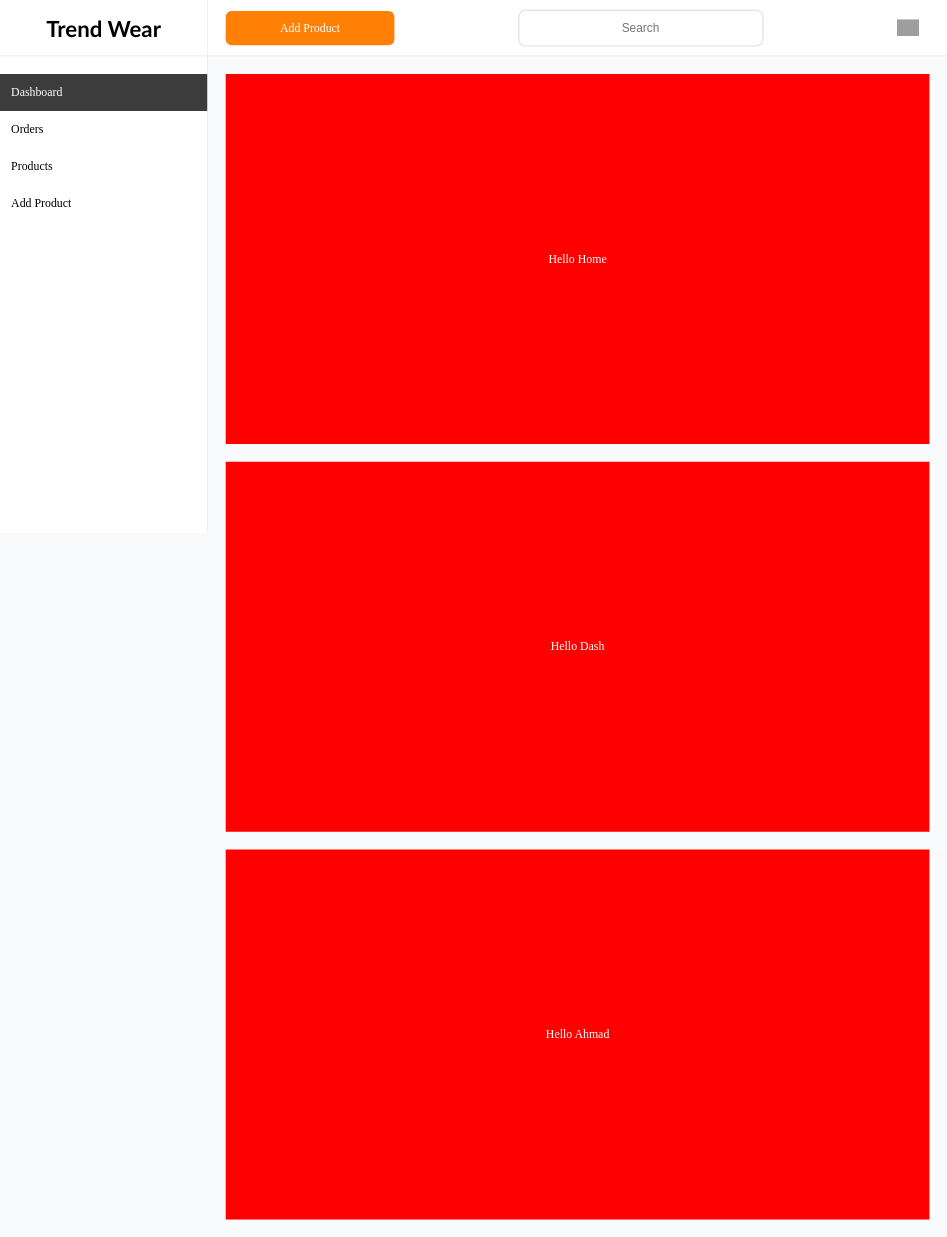
Repository: ahmad-dev7/TrendWear
Page: / (app in trend_wear_dashboard/)
The author's editor kept a copy of each file at every save. The page is drawn from the files as they stood at one save, then again after the next save.
The browser window is 1280 px wide. The pictures show the whole page, at 74% of full size.
Pictures or frames that could not be fetched are drawn as grey boxes. The project was rebuilt for these pictures with package versions that can differ from the ones it lists, and the page was loaded fresh each time. Also part of the build but not shown: trend_wear_dashboard/vite.config.ts.

Above is the page before, as saved 2025-01-19 20:17:20.

After the next save:
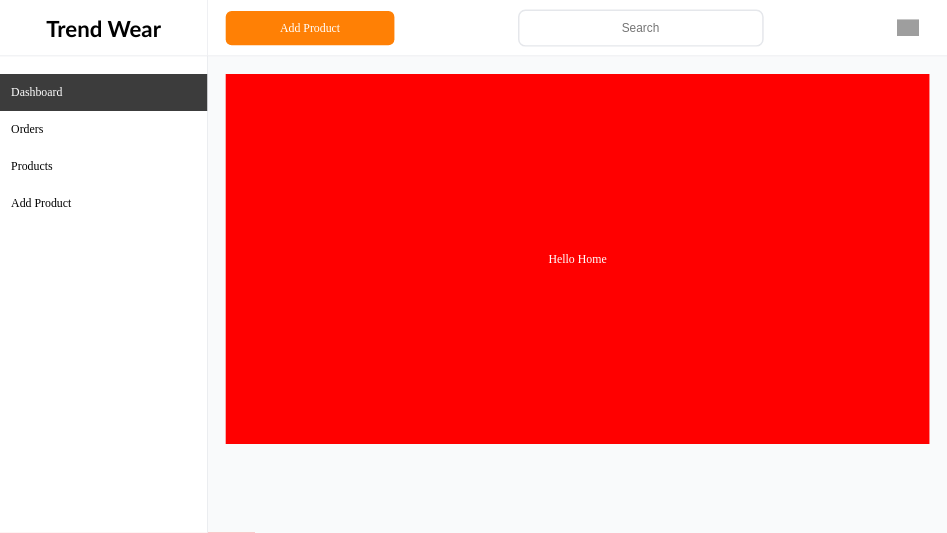
Saved 16 s later.
--- a/trend_wear_dashboard/src/App.tsx
+++ b/trend_wear_dashboard/src/App.tsx
@@ -9,8 +9,6 @@ function App() {
       <div style={{ flex: 1 }}>
         <Navbar />
         <Dashboard title="Hello Home" />
-        <Dashboard title="Hello Dash" />
-        <Dashboard title="Hello Ahmad" />
       </div>
     </div>
   );
